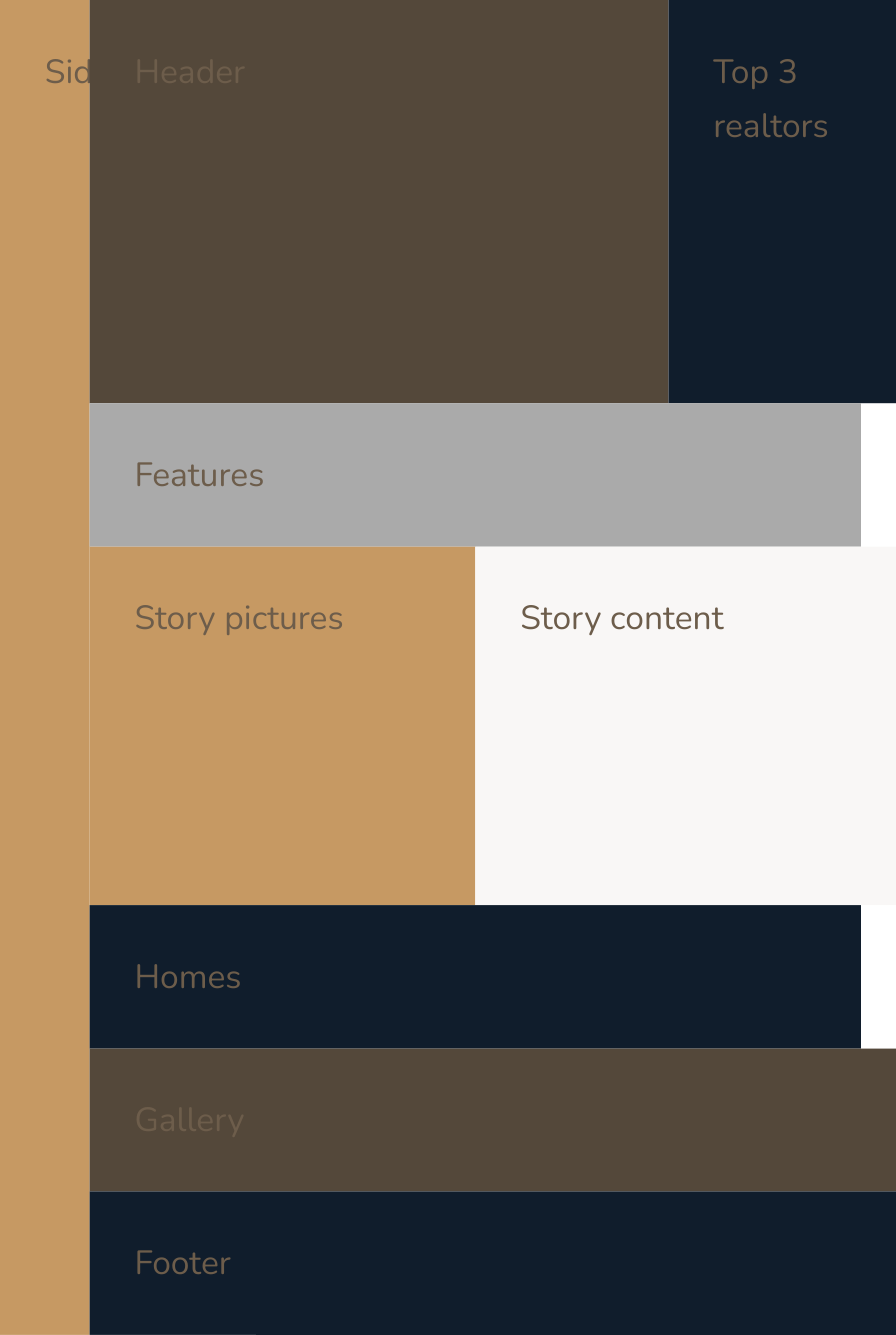
Repository: achwesiuk/nexter
Page: index.html
These files come from the project's save history. The page is drawn as it stood at one moment and after the next save; the edit follows.
The browser window is 1280 px wide. The pictures show the whole page, at 70% of full size.
The style sheet was rebuilt from its Sass, Less or Tailwind sources for each picture, by a compiler version that may differ from the author's.

Above is the page before, as saved 2021-02-19 14:19:31.

### index.html
<!DOCTYPE html>
<html lang="en">
    <head>
        <meta charset="UTF-8">
        <meta name="viewport" content="width=device-width, initial-scale=1.0">
        <meta http-equiv="X-UA-Compatible" content="ie=edge">

        <link href="https://fonts.googleapis.com/css?family=Josefin+Sans:300,400,400i|Nunito:300,300i" rel="stylesheet">
        <link rel="stylesheet" href="css/style.css">
        <link rel="shortcut icon" type="image/png" href="img/favicon.png">

        <title>nexter &mdash; your home, your freedom</title>
    </head>
    <body class="container">
        <div class="sidebar">
            Sidebar
        </div>

        <header class="header">
            Header
        </header>

        <div class="realtors">
            Top 3 realtors
        </div>

        <section class="features">
            Features
        </section>

        <div class="story__pictures">
            Story pictures
        </div>

        <div class="story__content">
            Story content
        </div>

        <section class="homes">
            Homes
        </section>

        <section class="gallery">
            Gallery
        </section>

        <footer>
            Footer
        </footer>
    </body>
</html>

### sass/main.scss
@import "base";
@import "typography";

@import "sidebar";
@import "header";
@import "realtors";
@import "features";
@import "story";
@import "homes";
@import "gallery";
@import "footer";

### sass/_base.scss
// COLOR VARIABLES
$color-primary: #c69963;
$color-primary-dark: #B28451;

$color-secondary: #101d2c;

$color-grey-light-1: #f9f7f6;
$color-grey-light-2: #aaa;

$color-grey-dark-1: #54483A;
$color-grey-dark-2: #6D5D4B;

// FONT VARIABLES
$font-primary: 'Nunito', sans-serif;
$font-display: 'Josefin Sans', sans-serif;

*,
*::before,
*::after {
    margin: 0;
    padding: 0;
    -webkit-box-sizing: inherit;
            box-sizing: inherit; //dziedziczy po HTML
}

.html {
    -webkit-box-sizing: border-box;
            box-sizing: border-box;
    font-size: 62.5%; // 10px / 16px = 62.5% -> 1rem = 10px
}

body {
    font-family: $font-primary;
    color: $color-grey-dark-2;
    font-weight: 300;
    line-height: 1.6;
}

.container {
    display: grid;
    grid-template-rows: 80vh min-content 40vw repeat(3, min-content); // 1.wiersz - wysokość wiersza jest wartością procentową vh; jest to siatka jawna z jednym wierszem, pozostałe elementy będą dodane w siatce niejawnej (elementy, które nie mają miejsca w siatce jawnej)
    // 2. wiersz - wysokość wiersza uzależniona od zawartej w nim treści
    // 2. auto - domyślne, jeżeli nic nie będzie określone; również dopasowuje się do treści
    // 3. wiersz - wiersz uzależniony od szerokości układu (podczas zmiany szerokości widoku zmieniają się wymiary wiersza - zwęża się, rośnie)
    // 4, 5, 6 - wysokość wiersza uzależnione od jego zawartości
    grid-template-columns: [sidebar-start] 8rem [sidebar-end full-start] 1fr [center-start] repeat(8, [col-start] minmax(min-content, 14rem) [col-end]) [center-end] 1fr [full-end];

    & > * { // wszystkie bezpośrednie dzieci
        padding: 4rem;
        font-size: 3rem;
    }
}

### sass/_sidebar.scss
.sidebar {
    background-color: $color-primary;
    grid-column: sidebar-start / sidebar-end;
    grid-row: 1 / -1;
}

### sass/_header.scss
.header {
    background-color: $color-grey-dark-1;
    grid-column: full-start / col-end 6;
}

### sass/_realtors.scss
.realtors {
    background-color: $color-secondary;
    grid-column: col-start 7 / full-end;
}

### sass/_features.scss
.features {
    background-color: $color-grey-light-2;
    grid-column: center-start / center-end;
}

### sass/_story.scss
.story {

    &__pictures {
        background-color: $color-primary;
        grid-column: full-start / col-end 4;
    }

    &__content {
        background-color: $color-grey-light-1;
        grid-column: col-start 5 / full-end;
    }
}

### sass/_homes.scss
.homes {
    background-color: $color-secondary;
    grid-column: center-start / center-end;
}

### sass/_gallery.scss
.gallery {
    background-color: $color-grey-dark-1;
    grid-column: full-start / full-end;
}

### sass/_footer.scss
footer {
    background-color: $color-secondary;
    grid-column: full-start / full-end;
}

Loaded but not shown: sass/_typography.scss (no stored copy; drawn as an empty file)

After the next save:
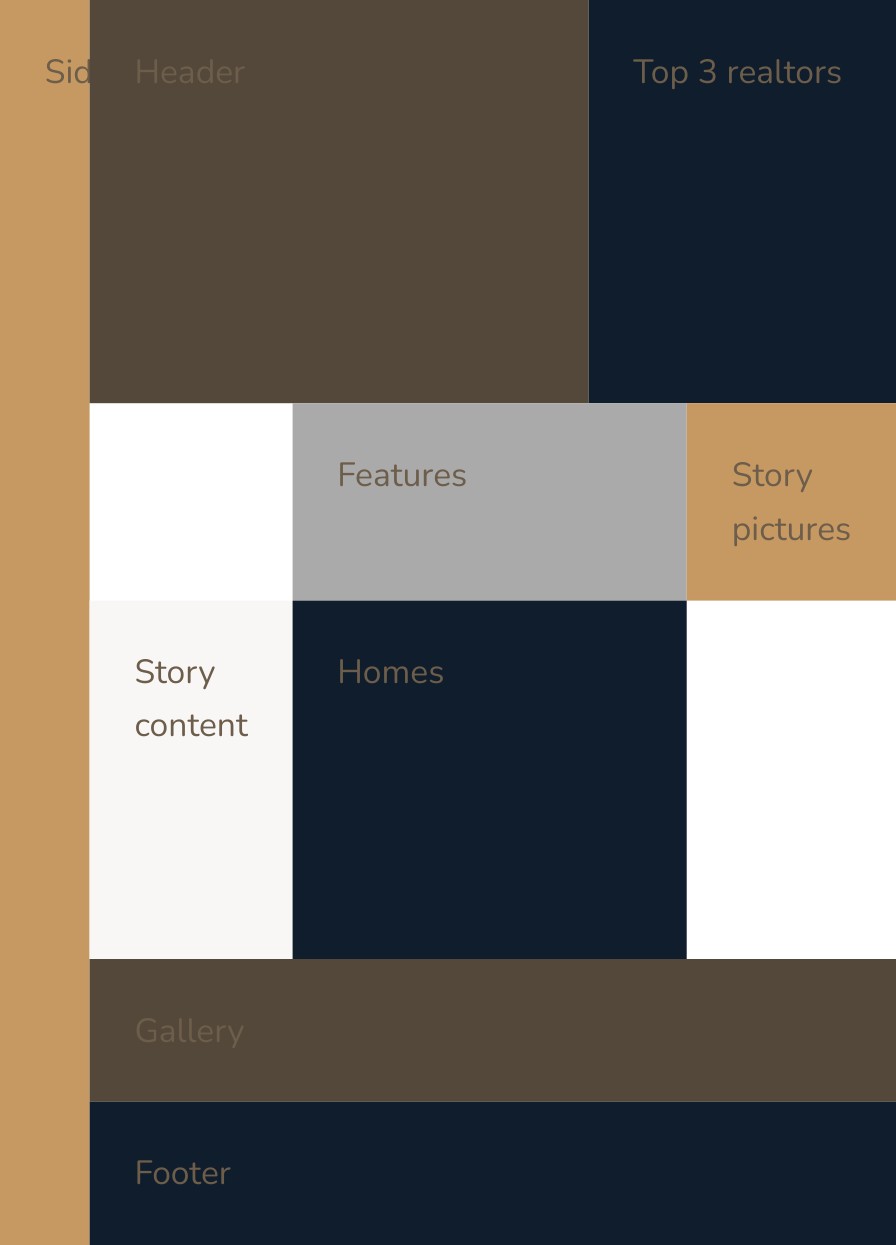
Saved 7 min 48 s later.
--- a/sass/_story.scss
+++ b/sass/_story.scss
@@ -2,11 +2,11 @@
 
     &__pictures {
         background-color: $color-primary;
-        grid-column: full-start / col-end 4;
+        //grid-column: full-start / col-end 4;
     }
 
     &__content {
         background-color: $color-grey-light-1;
-        grid-column: col-start 5 / full-end;
+        //grid-column: col-start 5 / full-end;
     }
 }
